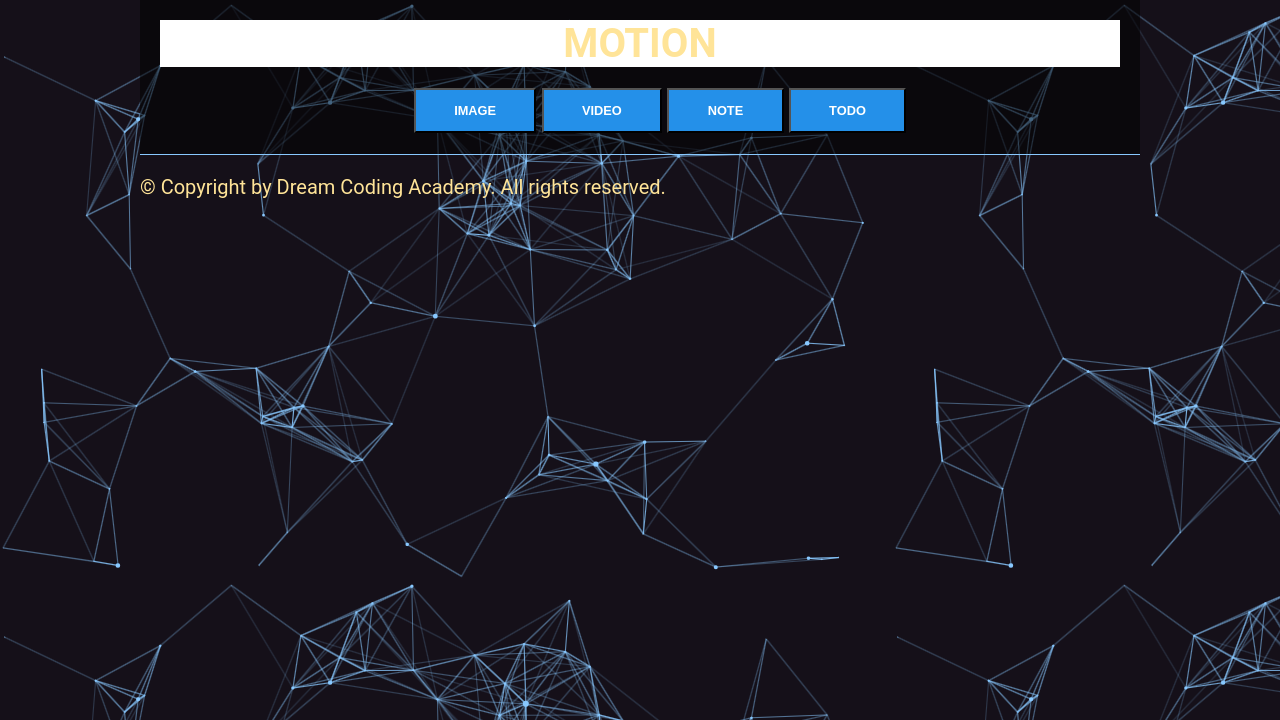
Repository: chefkuna/Motion
Page: index.html
An editor plug-in stored every save of this project. The page is shown before and after the next save, followed by the edit.
The browser window is 1280 px wide. The pictures show the whole page.

Above is the page before, as saved 2022-08-21 14:46:20.

After the next save:
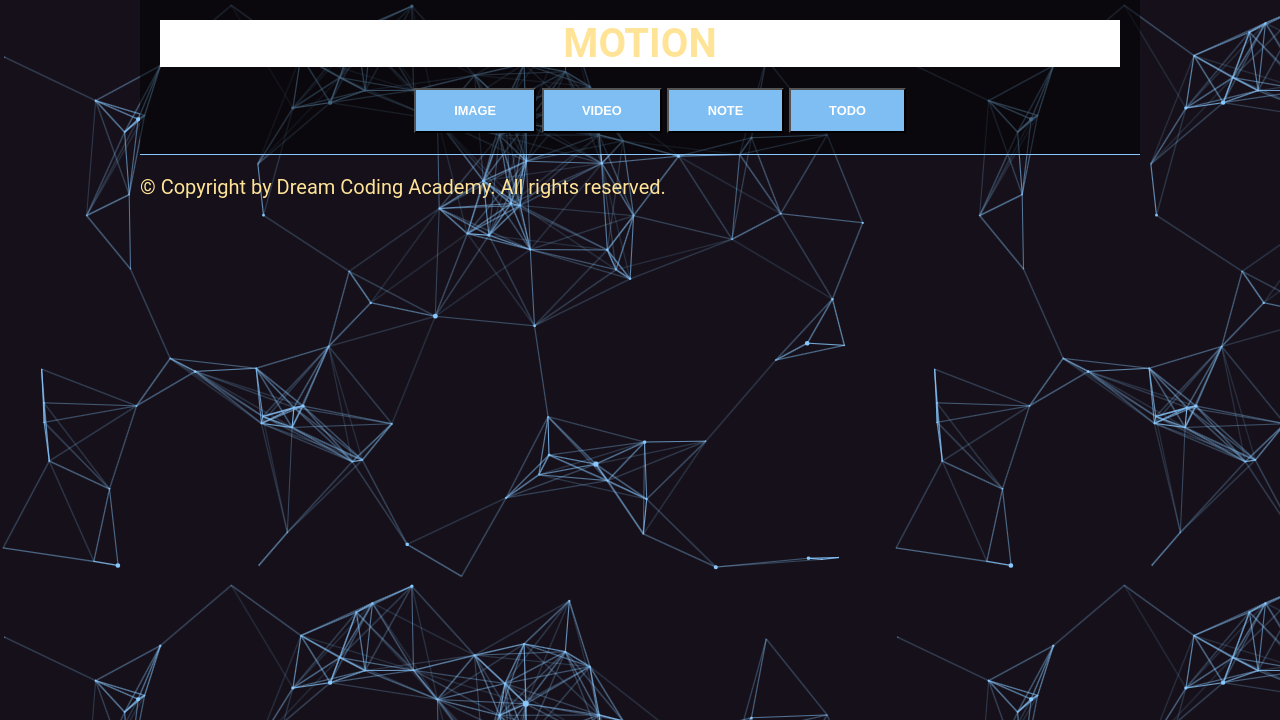
Saved 5 s later.
--- a/style/style.css
+++ b/style/style.css
@@ -1,7 +1,7 @@
 :root {
   --bg-main-color: #00000080;
   --bg-accent-color: #89c9ff;
-  --accent-color: #2490e9;
+  --accent-color: #7ebef3;
   --text-accent-color: #ffe498;
   --text-edit-bg-color: #575757;
   --border-color: #3f3f3f;
